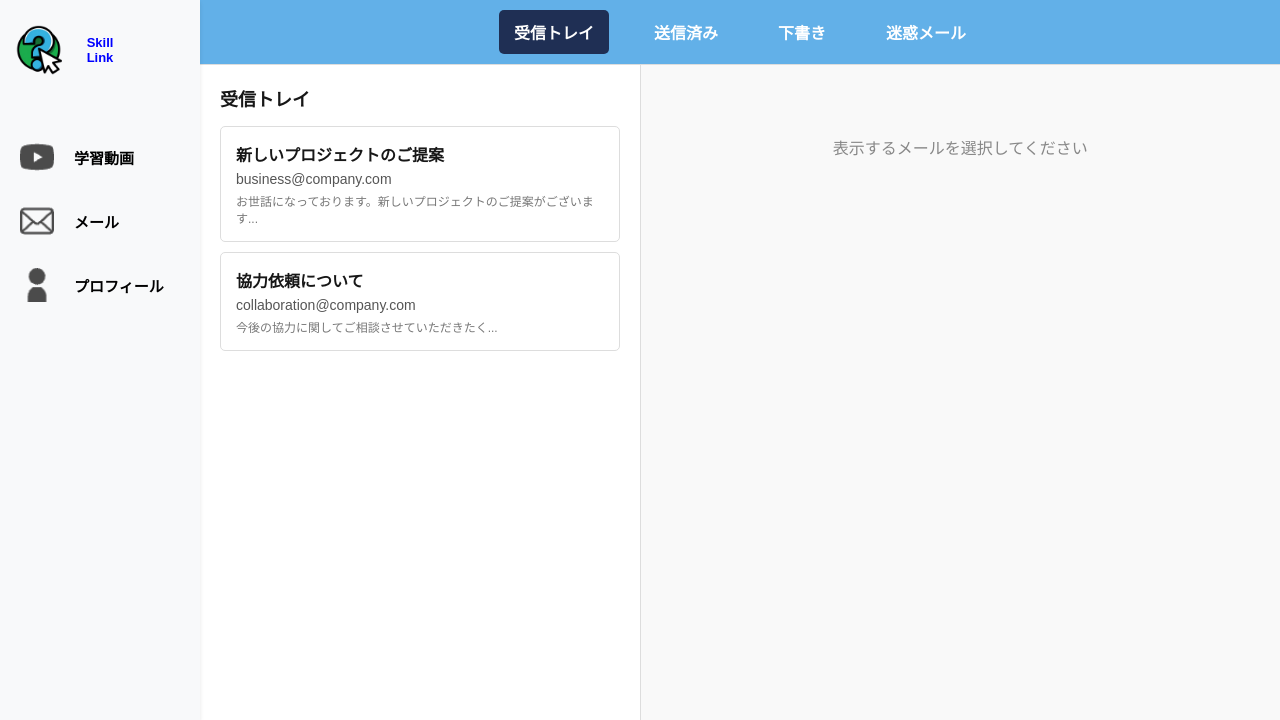
Repository: kobuchisouta/work-app
Page: /dashboard/mail
An editor plug-in stored every save of this project. The page is shown before and after a run of saves, followed by the edit.
The browser window is 1280 px wide. The pictures show the whole page.
The project was rebuilt for these pictures with package versions that can differ from the ones it lists, and the page was loaded fresh each time. The framework's server and built-in components were replaced by stand-ins that run in the browser. Also part of the build but not shown: next.config.ts.

Above is the page before, as saved 2025-01-29 09:48:37.

### src/app/dashboard/layout.tsx

import Menubar from "@/app/components/menubar/Menubar";
import styles from "./layout.module.css";



export default function Layout({
  children,
}: Readonly<{
  children: React.ReactNode;
}>) {


  return (
    <div className={styles.container}>
      <Menubar />
      {children}
    </div>
  );
}

### src/app/dashboard/mail/page.tsx
// pages/emails.tsx
"use client";
import { useState } from 'react';
import styles from './email.module.css';

type Email = {
    id: number;
    subject: string;
    sender: string;
    preview: string;
    content: string;
}

export default function EmailsPage() {
    const [selectedEmail, setSelectedEmail] = useState(null);
    const [selectedFolder, setSelectedFolder] = useState('受信トレイ');  // フォルダ選択状態を管理

    const folders = ['受信トレイ', '送信済み', '下書き', '迷惑メール'];
    const emails: { [key: string]: Email[] } = {
        '受信トレイ': [
            {
                id: 1,
                subject: '新しいプロジェクトのご提案',
                sender: 'business@company.com',
                preview: 'お世話になっております。新しいプロジェクトのご提案がございます...',
                content: 'お世話になっております。私たちは貴社に新しいプロジェクトの提案をさせていただきたいと思っております。プロジェクト内容は以下の通りです。詳しいご相談はご連絡いただければと思います。'
            },
            {
                id: 2,
                subject: '協力依頼について',
                sender: 'collaboration@company.com',
                preview: '今後の協力に関してご相談させていただきたく...',
                content: 'お世話になっております。今後の協力関係についてご相談させていただきたくご連絡しました。お時間をいただけますでしょうか。詳細な打ち合わせをしたいと考えております。'
            },
        ],
        '送信済み': [
            {
                id: 3,
                subject: 'プロジェクト提案書の送付',
                sender: 'business@company.com',
                preview: '以前お話ししましたプロジェクト提案書をお送りします...',
                content: '以前お話ししましたプロジェクト提案書を送付させていただきます。ご確認いただければと思います。ご不明な点があれば、お気軽にお尋ねください。'
            },
        ],
        '下書き': [
            {
                id: 4,
                subject: '新規プロジェクトのお知らせ',
                sender: 'manager@company.com',
                preview: '新規プロジェクトに関する詳細をお送りしたいと考えています...',
                content: '新規プロジェクトについて、詳細な情報をお伝えするためのメールを準備しています。お手数ですが、もう少しお待ちください。'
            },
        ],
        '迷惑メール': [
            {
                id: 5,
                subject: '特別なオファー',
                sender: 'offer@company.com',
                preview: '特別なオファーがございます...',
                content: '特別なオファーを提供していますが、これは迷惑メールとして処理される可能性があります。'
            },
        ],
    };

    const handleFolderChange = (folder: string) => {
        setSelectedFolder(folder);
        setSelectedEmail(null); // フォルダ変更時に選択中のメールをリセット
    };

    return (
        <div className={styles.container}>
            {/* サイドバー */}
            <div className={styles.sidebar}>
                <ul>
                    {folders.map((folder) => (
                        <li
                            key={folder}
                            className={`${styles.folder} ${selectedFolder === folder ? styles.selectedFolder : ''}`}
                            onClick={() => handleFolderChange(folder)}
                        >
                            {folder}
                        </li>
                    ))}
                </ul>
            </div>

            <div className={styles.main}>
                {/* メールリスト */}
                <div className={styles.emailList}>
                    <h2>{selectedFolder}</h2>
                    {emails[selectedFolder].map((email: string) => (
                        <div
                            key={email.id}
                            className={`${styles.emailItem} ${selectedEmail?.id === email.id ? styles.selected : ''}`}
                            onClick={() => setSelectedEmail(email)}
                        >
                            <h3>{email.subject}</h3>
                            <p className={styles.sender}>{email.sender}</p>
                            <p className={styles.preview}>{email.preview}</p>
                        </div>
                    ))}
                </div>

                {/* メール詳細 */}
                <div className={styles.emailDetails}>
                    {selectedEmail ? (
                        <>
                            <h2>{selectedEmail.subject}</h2>
                            <p className={styles.sender}>送信者: {selectedEmail.sender}</p>
                            <p>{selectedEmail.content}</p>
                        </>
                    ) : (
                        <p className={styles.noSelection}>表示するメールを選択してください</p>
                    )}
                </div>
            </div>
        </div>
    );
}

### src/app/globals.css
:root {
	--background: #ffffff;
	--foreground: #171717;
}

html,
body {
	max-width: 100vw;
	overflow-x: hidden;
	height: 100vh;
}

body {
	color: var(--foreground);
	background: var(--background);
	font-family: Arial, Helvetica, sans-serif;
	-webkit-font-smoothing: antialiased;
	-moz-osx-font-smoothing: grayscale;
}

* {
	box-sizing: border-box;
	padding: 0;
	margin: 0;
}

a {
	color: inherit;
	text-decoration: none;
}

@media (prefers-color-scheme: dark) {
	html {
		color-scheme: dark;
	}
}

### src/app/components/menubar/Menubar.tsx
import Image from "next/image";
import styles from "./style.module.css";
import Link from "next/link";

export default function Menubar() {
    return (
        <div className={styles.menuBarWrap}>
            <div className={styles.logo}>
                <Image src="/logo.png" alt="logo" width={100} height={100} priority />
                <p>Skill Link</p>
            </div>
            <div className={styles.menuBar}>
                <Link href="/dashboard/movie/level" className={styles.menuItem}>
                    <Image src="/playback.png" alt="logo" width={34} height={34} priority />
                    <p className={styles.menuText}>学習動画</p>
                </Link>
                <Link href="/dashboard/mail" className={styles.menuItem}>
                    <Image src="/mail.png" alt="logo" width={34} height={34} priority />
                    <p className={styles.menuText}>メール</p>
                </Link>
                <Link href="/dashboard/profile" className={styles.menuItem}>
                    <Image src="/person.png" alt="logo" width={34} height={34} priority />
                    <p className={styles.menuText}>プロフィール</p>

                </Link>
            </div>
        </div>
    );
}

### src/app/dashboard/layout.module.css
.container {
	display: flex;
	width: 100%;
	height: 100vh;
	overflow: hidden;
}

### src/app/dashboard/mail/email.module.css
/* styles/emails.module.css */

.container {
	display: flex;
	flex-direction: column;
	height: 100vh;
	font-family: "Arial", sans-serif;
	width: 100%;
}

/* サイドバー */
.sidebar {
	width: 100%;
	background-color: #62b0e8;
	padding: 10px 20px;
	display: flex;
	justify-content: center;
	align-items: center;
	border-bottom: 1px solid #ddd;
}

.sidebar ul {
	list-style: none;
	padding: 0;
	display: flex;
	gap: 30px;
}

.sidebar li {
	color: white;
	font-size: 16px;
	font-weight: bold;
	padding: 10px 15px;
	cursor: pointer;
	border-radius: 5px;
	transition: background-color 0.3s;
}

.sidebar li:hover {
	background-color: #1f2f54;
}

.selectedFolder {
	background-color: #1f2f54;
}

/* メインコンテンツ */
.main {
	display: flex;
	flex: 1;
	overflow: hidden;
}

/* メールリスト */
.emailList {
	flex: 1;
	padding: 20px;
	overflow-y: auto;
	background-color: #fff;
	border-right: 1px solid #ddd;
}

.emailList h2 {
	font-size: 18px;
	margin-bottom: 15px;
}

.emailItem {
	padding: 15px;
	border: 1px solid #ddd;
	border-radius: 5px;
	margin-bottom: 10px;
	cursor: pointer;
	transition: background-color 0.3s, border-color 0.3s;
}

.emailItem:hover {
	background-color: #f9f9f9;
	border-color: #bbb;
}

.selected {
	background-color: #0070f3;
	color: #fff;
	border-color: #005bb5;
}

.emailItem h3 {
	margin: 0 0 5px;
	font-size: 16px;
}

.emailItem .sender {
	font-size: 14px;
	color: #555;
	margin-bottom: 5px;
}

.emailItem .preview {
	font-size: 12px;
	color: #777;
}

/* メール詳細 */
.emailDetails {
	flex: 1.5;
	padding: 20px;
	background-color: #f9f9f9;
}

.emailDetails h2 {
	font-size: 20px;
	margin-bottom: 10px;
}

.emailDetails .sender {
	font-size: 14px;
	color: #555;
	margin-bottom: 20px;
}

.noSelection {
	font-size: 16px;
	color: #888;
	text-align: center;
	margin-top: 50px;
}

### src/app/components/menubar/style.module.css
.menuBarWrap {
	padding: 0 20px;
	background-color: #f8f9fa;
	box-shadow: 0 2px 4px rgba(0, 0, 0, 0.1);
	top: 0;
	left: 0;
	right: 0;
	z-index: 100;
	height: 100%;
	width: 200px;
}

.logo {
	display: flex;
	justify-content: center;
	align-items: center;
	margin-right: 100px;
}
.logo p {
	font-size: 13px;
	font-weight: bold;
	color: blue;
	margin: 0;
}

.menuBar {
	display: flex;
	flex-direction: column;
	align-items: flex-start;
	gap: 30px;
	padding-top: 40px;
}

.menuItem {
	display: flex;
	align-items: center;
	gap: 20px; /* 画像とテキストの間のスペース */
}

.menuText {
	font-size: 15px;
	font-weight: bold;
	color: black;
	margin: 0; /* デフォルトのマージンをリセット */
}

Loaded but not shown: src/app/layout.tsx (common file)

After the next 2 saves:
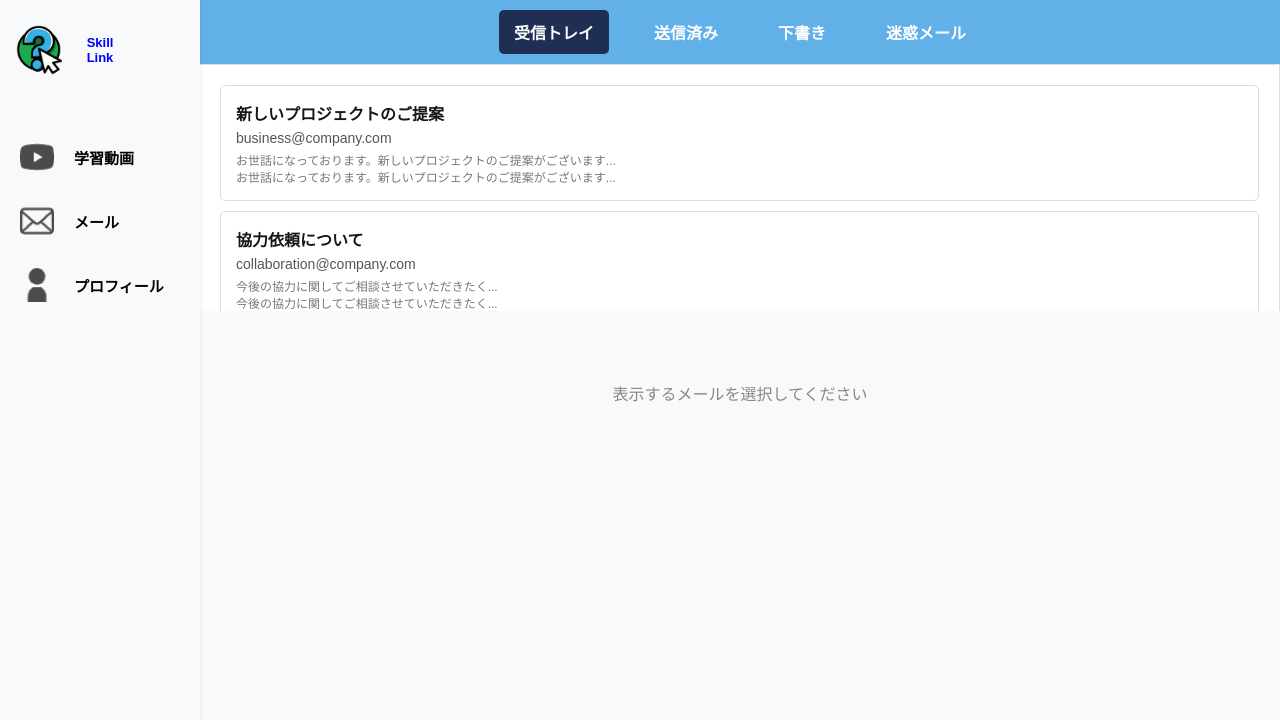
The 2 saves are shown as one change because 1 did not build or start.
The last was saved 8 min 26 s later.
--- a/src/app/dashboard/mail/page.tsx
+++ b/src/app/dashboard/mail/page.tsx
@@ -77,6 +77,8 @@ export default function EmailsPage() {
                             key={folder}
                             className={`${styles.folder} ${selectedFolder === folder ? styles.selectedFolder : ''}`}
                             onClick={() => handleFolderChange(folder)}
+                            onKeyUp={(e) => e.key === 'Enter' && handleFolderChange(folder)}
+                        // tabIndex={0}
                         >
                             {folder}
                         </li>
@@ -87,33 +89,40 @@ export default function EmailsPage() {
             <div className={styles.main}>
                 {/* メールリスト */}
                 <div className={styles.emailList}>
-                    <h2>{selectedFolder}</h2>
-                    {emails[selectedFolder].map((email: string) => (
-                        <div
-                            key={email.id}
-                            className={`${styles.emailItem} ${selectedEmail?.id === email.id ? styles.selected : ''}`}
-                            onClick={() => setSelectedEmail(email)}
-                        >
-                            <h3>{email.subject}</h3>
-                            <p className={styles.sender}>{email.sender}</p>
-                            <p className={styles.preview}>{email.preview}</p>
-                        </div>
-                    ))}
-                </div>
+                    {
+                        emails[selectedFolder].map(email => (
+                            <div
+                                key={email.id}
+                                className={`${styles.emailItem} ${selectedEmail?.id === email.id ? styles.selected : ''}`}
+                                onClick={() => setSelectedEmail(email)}
+                                onKeyUp={(e) => e.key === 'Enter' && setSelectedEmail(email)}
 
-                {/* メール詳細 */}
-                <div className={styles.emailDetails}>
-                    {selectedEmail ? (
-                        <>
-                            <h2>{selectedEmail.subject}</h2>
-                            <p className={styles.sender}>送信者: {selectedEmail.sender}</p>
-                            <p>{selectedEmail.content}</p>
-                        </>
-                    ) : (
-                        <p className={styles.noSelection}>表示するメールを選択してください</p>
-                    )}
+                            >
+                                <h3>{email.subject}</h3>
+                                <p className={styles.sender}>{email.sender}</p>
+                                <p className={styles.preview}>{email.preview}</p>
+                                <p className={styles.preview}>{email.preview}</p>
+                            </div>
+                        ))
+                    }
+
                 </div>
             </div>
+
+            {/* メール詳細 */}
+            <div className={styles.emailDetails}>
+                {selectedEmail ? (
+                    <>
+                        <h2>{selectedEmail.subject}</h2>
+                        <p className={styles.sender}>送信者: {selectedEmail.sender}</p>
+                        <p>{selectedEmail.content}</p>
+                    </>
+                ) : (
+                    <p className={styles.noSelection}>表示するメールを選択してください</p>
+                )}
+            </div>
         </div>
+
+
     );
 }
